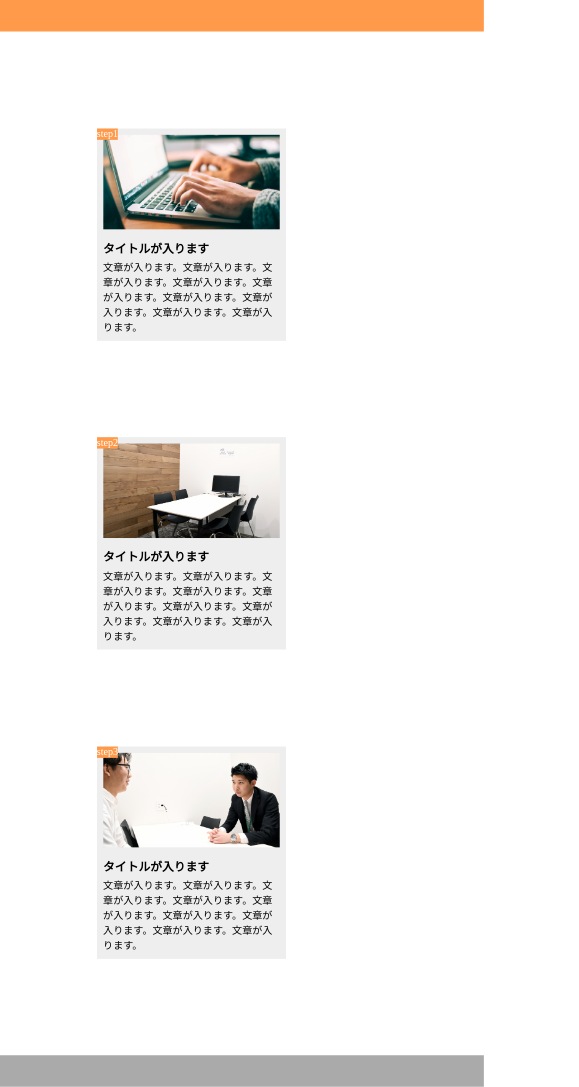
Repository: TK7MU/-
Page: theme/theme.html
The author's editor kept a record of every edit. The page is drawn from the files as they stood at one moment, then again after the next edit.
The browser window is 768 px wide. The page is 768 px wide, then 919 px, then 768 px, so the pictures cover 919 px, including what lies to the right of the window. The pictures show the whole page, at 63% of full size.

Above is the page before.

After the next edit:
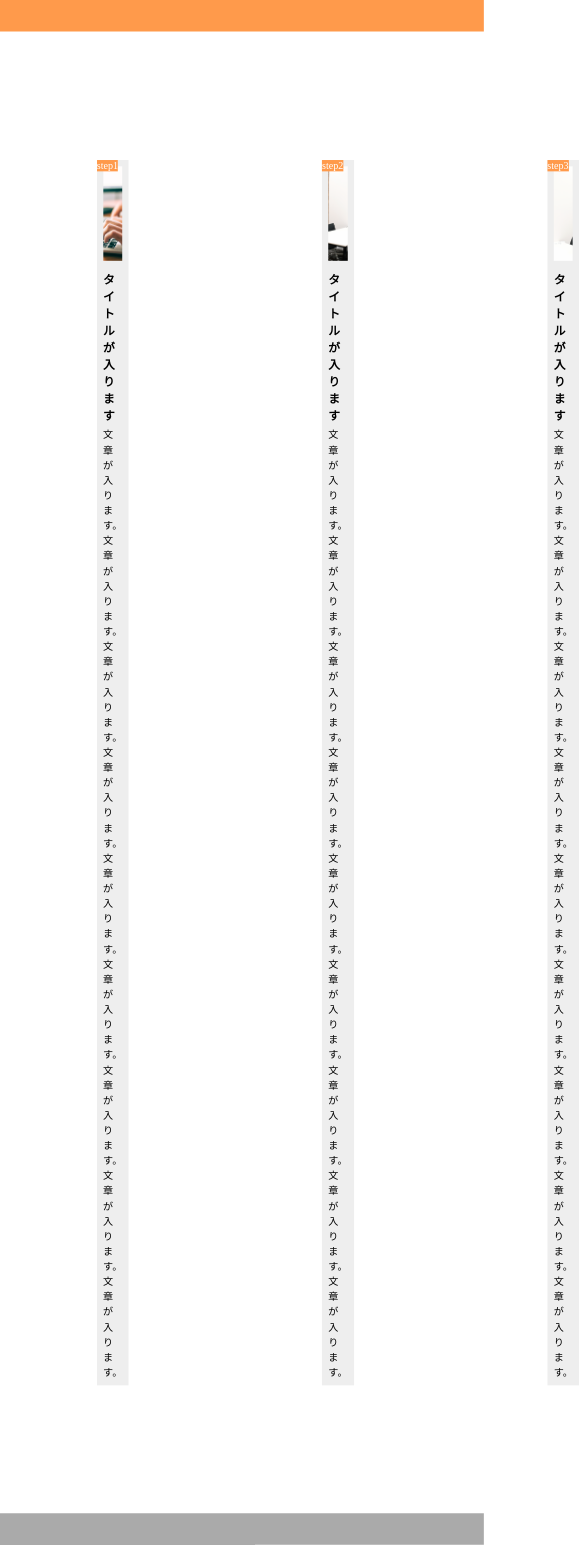
The edit:
--- a/theme/style.css
+++ b/theme/style.css
@@ -74,7 +74,7 @@
 @media screen and (max-width: 768px) {
   main {
     width: 100%;
-
+    padding
     display: block;
   }
 

After the 2 edits that followed:
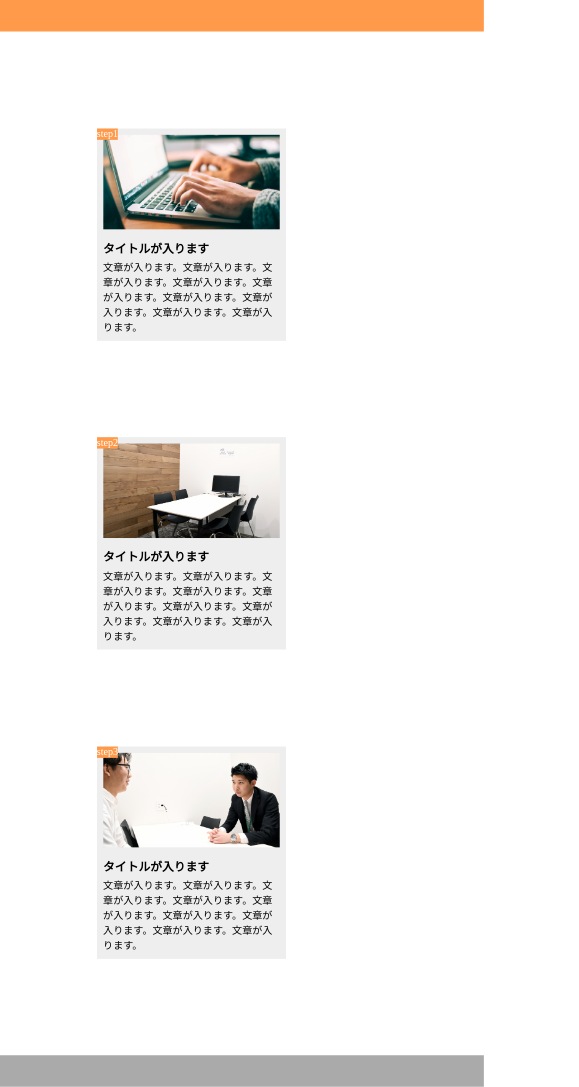
The 2 edits are shown as one change because 1 left the picture as it was.
The edit:
--- a/theme/style.css
+++ b/theme/style.css
@@ -68,13 +68,11 @@
 @media screen and (max-width: 768px) {
   header {
     width: 100%;
-
   }
 
 @media screen and (max-width: 768px) {
   main {
     width: 100%;
-    padding
     display: block;
   }
 
